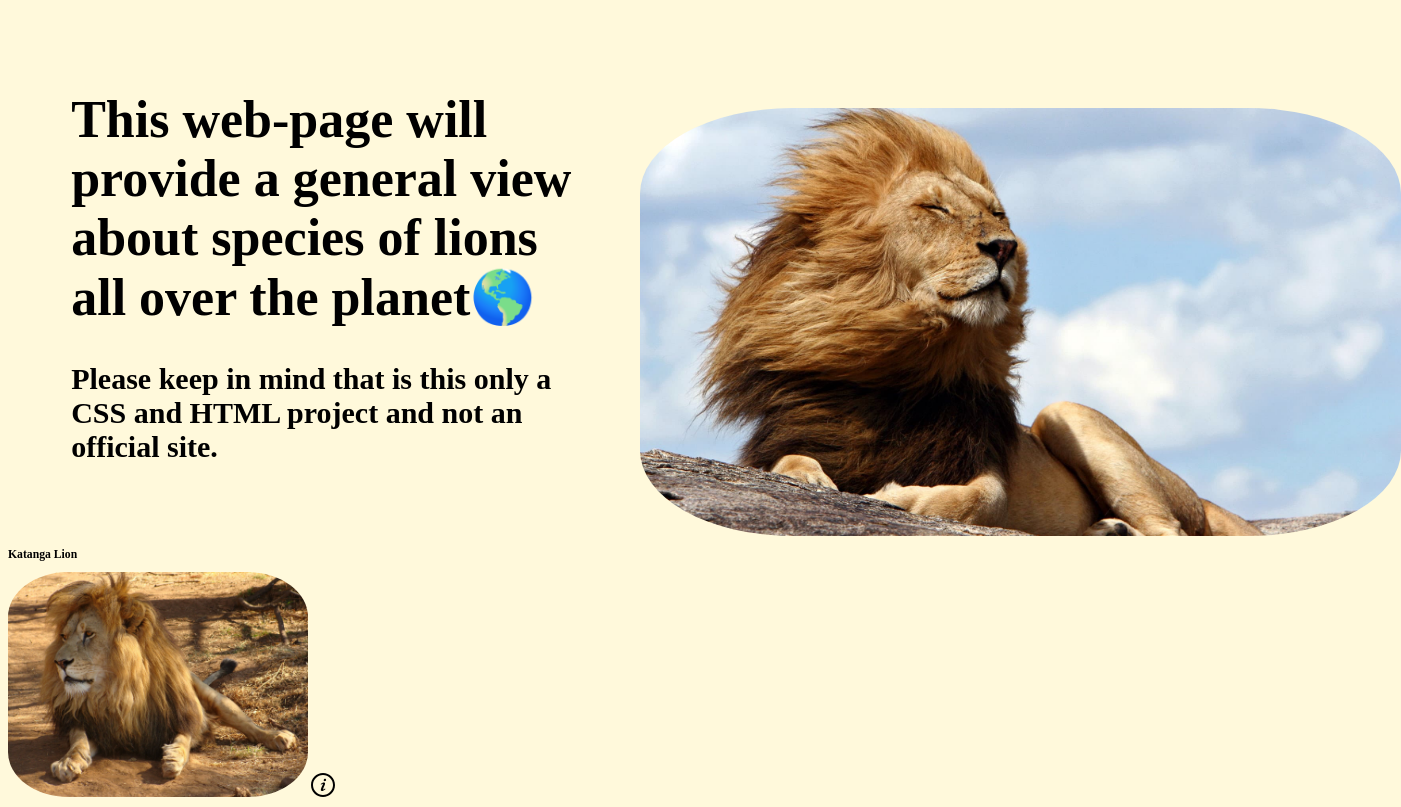
Repository: GeorgeManias/lions_project
Page: index.html
The author's editor kept a copy of each file at every save. The page is drawn from the files as they stood at one save, then again after the next save.
The browser window is 1280 px wide. The page is 1401 px wide, so the pictures cover 1401 px, including what lies to the right of the window. The pictures show the whole page.

Above is the page before, as saved 2021-11-02 21:20:36.

After the next save:
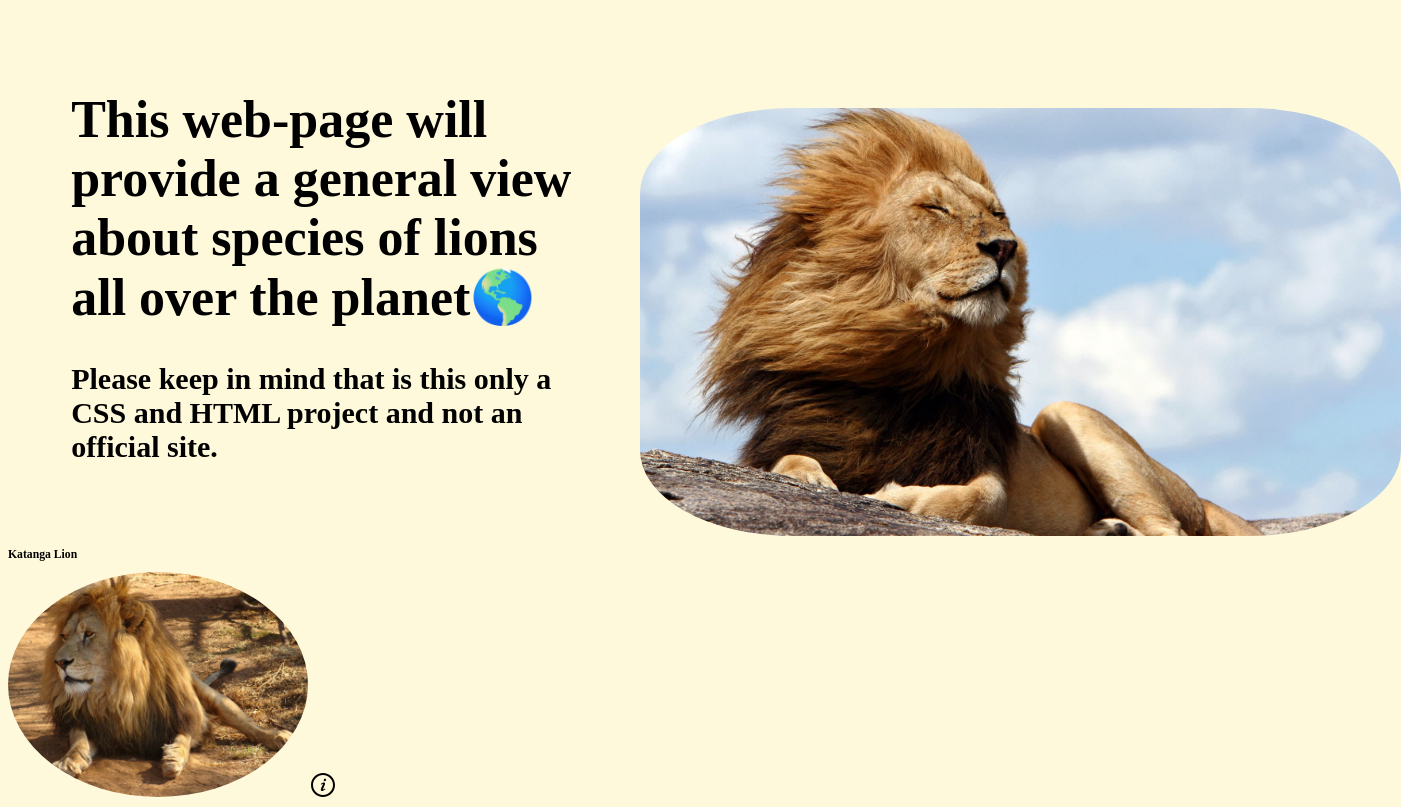
Saved 13 s later.
--- a/index.css
+++ b/index.css
@@ -99,5 +99,5 @@ header {
 
 .img_6 {
   width: 300px;
-  border-radius: 20%;
+  border-radius: 50%;
 }
